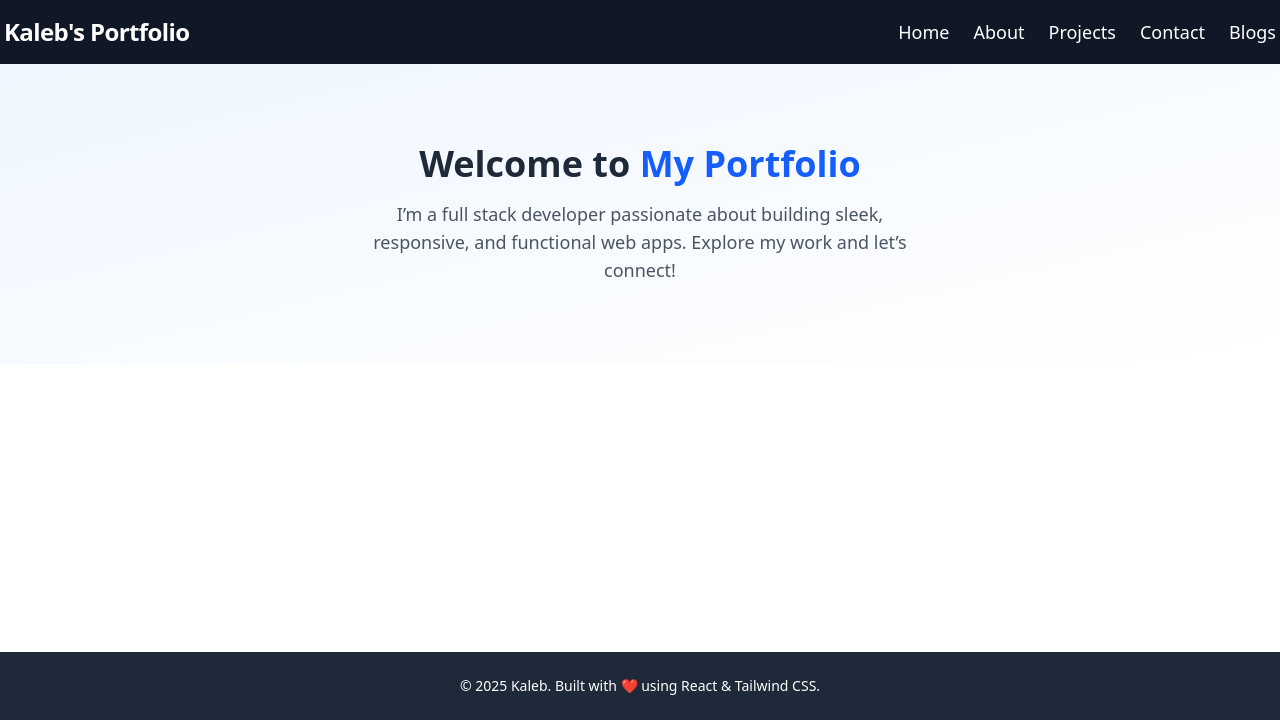
Repository: KalebMalone/portfolio-site
Page: /
The author's editor kept a copy of each file at every save. The page is drawn from the files as they stood at one save, then again after a run of saves.
The browser window is 1280 px wide. The pictures show the whole page.
The project was rebuilt for these pictures with package versions that can differ from the ones it lists, and the page was loaded fresh each time. Also part of the build but not shown: vite.config.js, src/pages/About.jsx, src/pages/Projects.jsx, src/pages/Contact.jsx, src/pages/Blogs.jsx.

Above is the page before, as saved 2025-04-23 17:25:13.

### src/App.jsx
import { BrowserRouter as Router, Routes, Route } from 'react-router-dom';
import Header from './components/Header';
import Footer from './components/Footer';

import Home from './pages/Home';
import About from './pages/About';
import Projects from './pages/Projects';
import Contact from './pages/Contact';
import Blogs from './pages/Blogs'; // Import Blogs page

function App() {
  return (
    <Router>
      <div className="flex flex-col min-h-screen">
        <Header />

        <main className="flex-grow">
          <Routes>
            <Route path="/" element={<Home />} />
            <Route path="/about" element={<About />} />
            <Route path="/projects" element={<Projects />} />
            <Route path="/contact" element={<Contact />} />
            <Route path="/blogs" element={<Blogs />} /> {/* Add route for Blogs */}
          </Routes>
        </main>

        <Footer />
      </div>
    </Router>
  );
}

export default App;

### src/index.css
@import 'tailwindcss';  /* Or use the Tailwind directives below */

/* Or alternatively, use these Tailwind directives directly in your CSS */
@tailwind base;
@tailwind components;
@tailwind utilities;

### src/components/Header.jsx
import { Link } from 'react-router-dom';

const Header = () => {
    return (
        <header className="bg-gray-900 text-white shadow-md py-4">
            <nav className="max-w-9xl mx-auto flex justify-between items-center px-1">
                {/* Logo/Brand Name (Left-aligned) */}
                <h1 className="text-2xl font-bold tracking-tight">Kaleb's Portfolio</h1>

                {/* Navigation Links (Right-aligned) */}
                <ul className="flex space-x-6 text-lg"> {/* Reduced space between items */}
                    {['Home', 'About', 'Projects', 'Contact', 'Blogs'].map((page) => ( // Add Blogs here
                        <li key={page}>
                            <Link
                                to={`/${page.toLowerCase() === 'home' ? '' : page.toLowerCase()}`}
                                className="hover:text-blue-400 transition-colors duration-200"
                            >
                                {page}
                            </Link>
                        </li>
                    ))}
                </ul>
            </nav>
        </header>
    );
};

export default Header;

### src/components/Footer.jsx
const Footer = () => {
    return (
        <footer className="bg-gray-800 text-white text-center py-6 mt-10">
            <p className="text-sm">© {new Date().getFullYear()} Kaleb. Built with ❤️ using React & Tailwind CSS.</p>
        </footer>
    );
};

export default Footer;

### src/pages/Home.jsx
const Home = () => {
    return (
        <section className="flex flex-col items-center justify-center text-center px-4 py-20 bg-gradient-to-br from-blue-50 to-white">
            <h2 className="text-4xl font-extrabold mb-4 text-gray-800">
                Welcome to <span className="text-blue-600">My Portfolio</span>
            </h2>
            <p className="text-lg text-gray-600 max-w-xl">
                I’m a full stack developer passionate about building sleek, responsive, and functional web apps. Explore my work and let’s connect!
            </p>
        </section>
    );
};

export default Home;

Loaded but not shown: index.html (common file); src/main.jsx (common file)

After the next 2 saves:
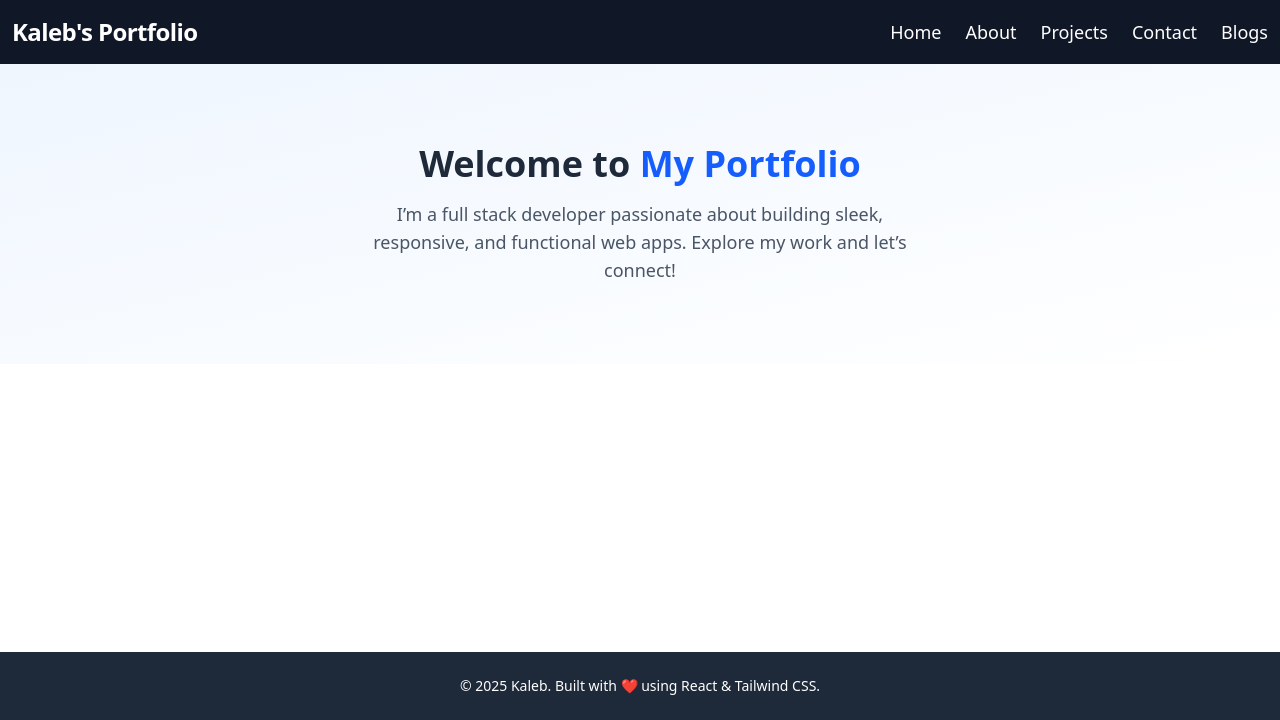
The 2 saves are shown as one change because they came seconds apart.
The last was saved 9 s later.
--- a/src/components/Header.jsx
+++ b/src/components/Header.jsx
@@ -3,7 +3,7 @@ import { Link } from 'react-router-dom';
 const Header = () => {
     return (
         <header className="bg-gray-900 text-white shadow-md py-4">
-            <nav className="max-w-9xl mx-auto flex justify-between items-center px-1">
+            <nav className="max-w-9xl mx-auto flex justify-between items-center px-3">
                 {/* Logo/Brand Name (Left-aligned) */}
                 <h1 className="text-2xl font-bold tracking-tight">Kaleb's Portfolio</h1>
 
